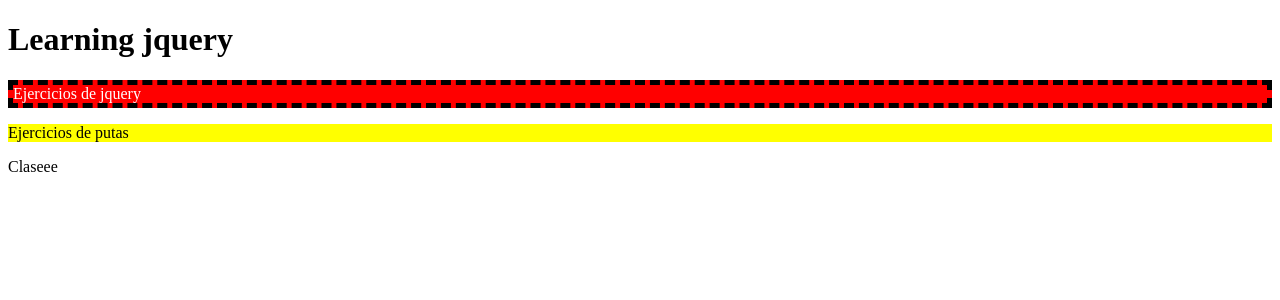
Repository: gitmadacode/practica_javascript
Page: Inicio/jquery/index.html
These files come from the project's save history. The page is drawn as it stood at one moment and after the next save; the edit follows.
The browser window is 1280 px wide. The pictures show the whole page.

Above is the page before, as saved 2019-09-13 18:46:34.

After the next save:
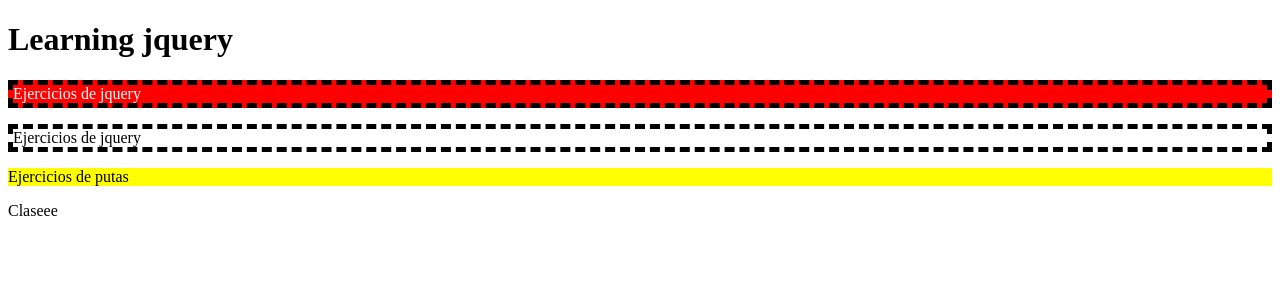
Saved 6 s later.
--- a/Inicio/jquery/index.html
+++ b/Inicio/jquery/index.html
@@ -10,6 +10,7 @@
     <title>jquery</title>
     <h1>Learning jquery</h1>
     <p id="rojo" class="zebra">Ejercicios de jquery</p>
+    <p id="rojo" class="zebra">Ejercicios de jquery</p>
     <p id="amarillo" class="sin_borde">Ejercicios de putas</p>
     <p>Claseee</p>
 </head>
